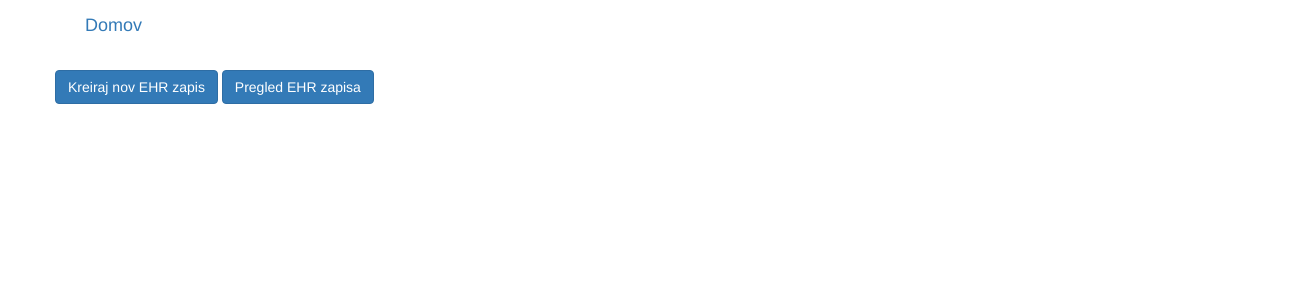
Repository: Denten7/oisdn4
Page: index.html
The author's editor kept a record of every edit. The page is drawn from the files as they stood at one moment, then again after the next edit.
The browser window is 1280 px wide. The page is 1280 px wide, then 1295 px, so the pictures cover 1295 px, including what lies to the right of the window. The pictures show the whole page.
Some web libraries are served in a nearby version.

Above is the page before.

After the next edit:
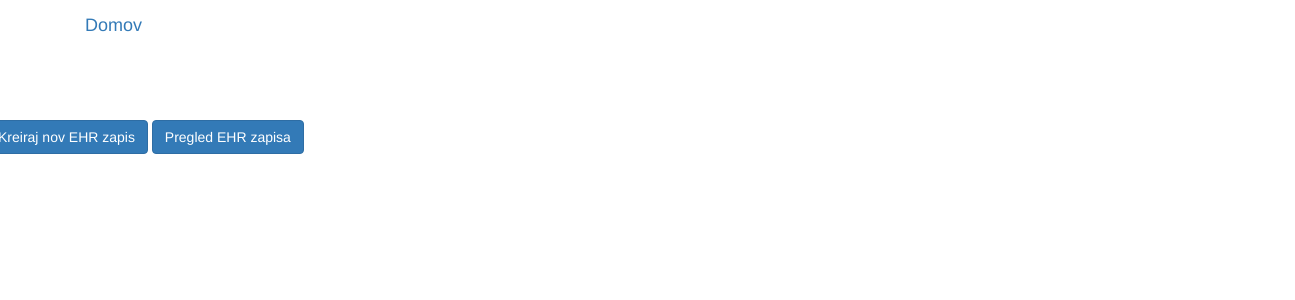
The edit:
--- a/index.html
+++ b/index.html
@@ -11,9 +11,7 @@
     <body>
 
       <div class="container">
-        <div class="wrapper">
-          <div class="titlebar">
-            <a class="navbar-brand" href="index.html">
+        <a class="navbar-brand" href="index.html">
               Domov
             </a>
           </div>
